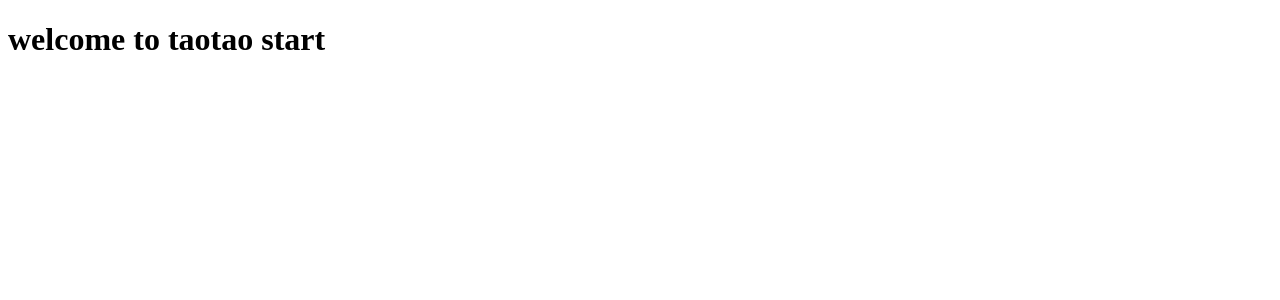
Repository: fhsfkljn/taotao
Page: http://localhost/taotao-manager-web/
An editor plug-in stored every save of this project. The page is shown before and after the next save, followed by the edit.
The browser window is 1280 px wide. The pictures show the whole page.
The page is served by Tomcat 9.

Above is the page before, as saved 2018-05-16 07:46:18.

After the next save:
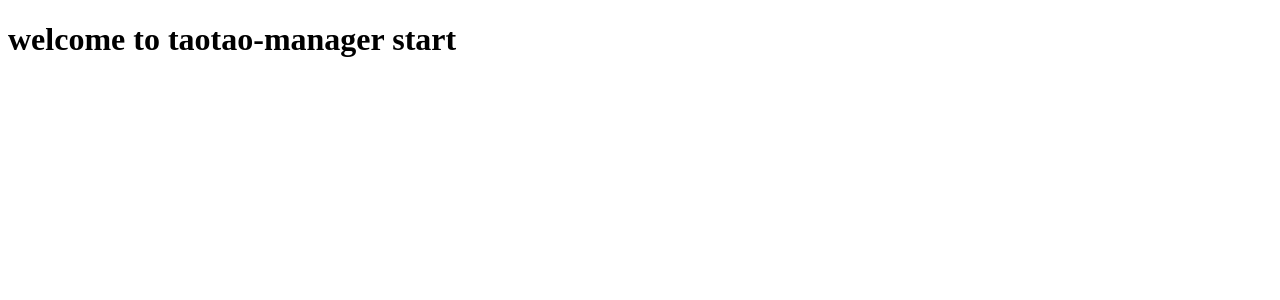
Saved 6 s later.
--- a/taotao/taotao-manager/taotao-manager-web/src/main/webapp/index.jsp
+++ b/taotao/taotao-manager/taotao-manager-web/src/main/webapp/index.jsp
@@ -7,6 +7,6 @@
 <title>welcome</title>
 </head>
 <body>
-	<h1>welcome to taotao start</h1>
+	<h1>welcome to taotao-manager start</h1>
 </body>
 </html>
